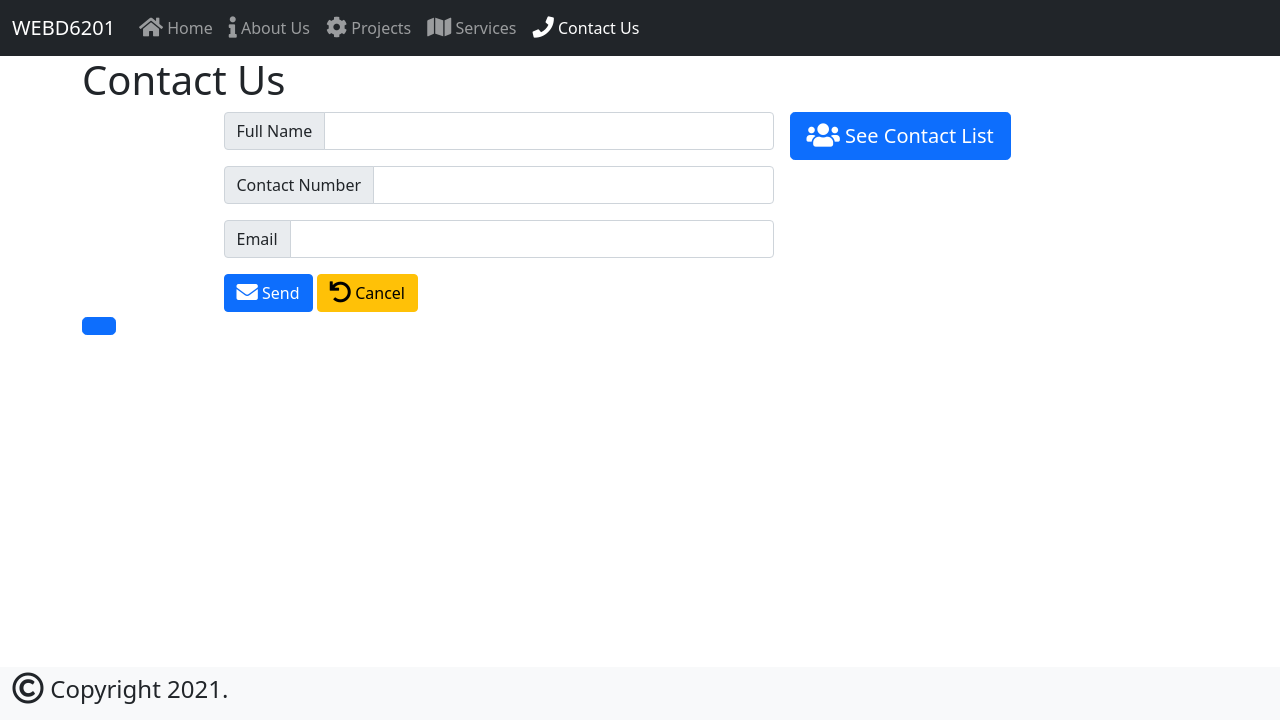
Repository: Sub4Sub/Ice-2
Page: contact.html
An editor plug-in stored every save of this project. The page is shown before and after the next save, followed by the edit.
The browser window is 1280 px wide. The pictures show the whole page.

Above is the page before, as saved 2021-01-29 17:09:47.

### contact.html
<!DOCTYPE html>
<html lang="en">
<head>
    <meta charset="UTF-8">
    <meta name="viewport" content="width=device-width, initial-scale=1.0">
    <title>Contact</title>
    <!-- CSS Section -->
    <link rel="stylesheet" href="./node_modules/bootstrap/dist/css/bootstrap.min.css">
    <link rel="stylesheet" href="./node_modules/@fortawesome/fontawesome-free/css/all.min.css">
    <link rel="stylesheet" href="./Content/app.css">
</head>
<body>
    <!-- Main Header -->
    <header>
        <!-- Main Navigation -->
        <nav class="navbar navbar-expand-lg navbar-dark bg-dark">
            <div class="container-fluid">
              <a class="navbar-brand" href="index.html">WEBD6201</a>
              <button class="navbar-toggler" type="button" data-bs-toggle="collapse" data-bs-target="#navbarSupportedContent" aria-controls="navbarSupportedContent" aria-expanded="false" aria-label="Toggle navigation">
                <span class="navbar-toggler-icon"></span>
              </button>
              <div class="collapse navbar-collapse" id="navbarSupportedContent">
                <ul class="navbar-nav me-auto mb-2 mb-lg-0">
                  <li class="nav-item">
                    <a class="nav-link" aria-current="page" href="index.html"><i class="fas fa-home fa-lg"></i> Home</a>
                  </li>

                  <li class="nav-item">
                    <a class="nav-link" aria-current="page" href="about.html"><i class="fas fa-info fa-lg"></i> About Us</a>
                  </li>

                  <li class="nav-item">
                    <a class="nav-link" aria-current="page" href="projects.html"><i class="fas fa-cog fa-lg"></i> Projects</a>
                  </li>

                  <li class="nav-item">
                    <a class="nav-link" aria-current="page" href="services.html"><i class="fas fa-map fa-lg"></i> Services</a>
                  </li>

                  <li class="nav-item">
                    <a class="nav-link active" aria-current="page" href="contact.html"><i class="fas fa-phone fa-lg"></i> Contact Us</a>
                  </li>
                </ul>
              </div>
            </div>
          </nav>
    </header>

    <!-- Main Content -->
    <main class="container">
        <h1>Contact Us</h1>
        <div id="messageArea"></div>

        <div class="row justify-content-lg-center g-3">
          <form class="col-lg-6 col-md-10 col-sm-10">

            <div class="input-group mb-3">
              <span class="input-group-text" id="inputGroup-sizing-default">Full Name </span>
              <input id="fullName" type="text" class="form-control" aria-label="Full Name" aria-describedby="Full Name Input"
              name="fullName" required>
            </div>

            <div class="input-group mb-3">
              <span class="input-group-text" id="inputGroup-sizing-default">Contact Number</span>
              <input id="contactNumber" type="tel" class="form-control" aria-label="Contact Number" aria-describedby="Contact Number Input"
              name="contactNumber" required>
            </div>

            <div class="input-group mb-3">
              <span class="input-group-text" id="inputGroup-sizing-default">Email</span>
              <input id="emailAddress" type="email" class="form-control" aria-label="Email Address" aria-describedby="Email Address Input"
              name="emailAddress" required>
            </div>

            <button id="sendButton" type="submit" class="btn btn-primary"><i class="fas fa-envelope fa-lg"></i> Send</button>
            <button id="cancelButton" type="reset" class="btn btn-warning"><i class="fas fa-undo fa-lg"></i> Cancel</button>
          </form>
          <div class="col-lg-3 col-md-3"><a href="contact-list.html" class="btn btn-primary btn-lg"><i class="fas fa-users fa-lg"></i> See Contact List</a></div>
        </div>

        <div>
          <button class ="btn btn-primary btn-lg"></button>
        </div>

    </main>

    <!-- Main Footer -->
    <footer>
        <nav class="navbar fixed-bottom navbar-light bg-light">
            <div class="container-fluid">
              <h4><i class="far fa-copyright fa-lg"></i> Copyright 2021.</h4>
            </div>
          </nav>
    </footer>

    <!-- Script Section-->
    <script src="./node_modules/jquery/dist/jquery.min.js"></script>
    <script src="./node_modules/bootstrap/dist/js/bootstrap.bundle.min.js"></script>

    <script src="./Scripts/contact.js"></script>
    <script src="./Scripts/app.js"></script>
</body>
</html>

### Scripts/contact.js
class Contact{
    // Constructor
    constructor(fullName, contactNumber, emailAddress)
    {
      this.m_fullName = fullName;
      this.m_contactNumber= contactNumber;
      this.m_emailAddress = emailAddress;
    }

    // Getters and Setters
    get fullName()
    {
      return this.m_fullName;
    }

    set fullName(full_name)
    {
      this.m_fullName = full_name;
    }

    get contactNumber()
    {
      return this.m_contactNumber;
    }

    set contactNumber(contact_number)
    {
      this.m_contactNumber = contact_number;
    }

    get emailAddress()
    {
      return this.m_emailAddress;
    }

    set emailAddress(email_address)
    {
      this.m_emailAddress = email_address;
    }

   // functions
  splitFullName()
  {
    let names = this.fullName.split(" ")
    this.firstName = names[0];
    this.lastName = names[1];
  }

  toString()
  {
    let contactString = `Full Name: ${this.fullName}\nContact Number: ${this.contactNumber}\nEmail Address: ${this.emailAddress}`;

    return contactString;
  }

  toJSON()
  {
    let json = {};
    json.contactNumber = this.contactNumber;
    json.fullName = this.fullName;
    json.emailAddress = this.emailAddress;

    return
  }

  serialize()
  {
    return `${this.fullName},${this.contactNumber},${this.emailAddress}`;
  }

  deserialize()
  {
    let properties = data.split(",");
    this.fullName = properties[0];
    this.contactNumber = properties[1];
    this.emailAddress = properties[2];
  }

}

### Scripts/app.js
/* custom JavaScript goes here */

//IIFE - Immediately Invoked Function Expression
//AKA - Anonymous Self-Executing Function
//Closure - limits scope leak

"use strict";


(function()
{
    function displayHome()
    {
        let paragraphOneText =
          "This is a simple site to demonstrate DOM Manipulation for ICE 1";

        let paragraphOneElement = document.getElementById("paragraphOne");

        paragraphOneElement.textContent = paragraphOneText;
        paragraphOneElement.className = "fs-5";

        // Step 1. document.createElement
        let newParagraph = document.createElement("p");
        // Step 2. configure the element
        newParagraph.setAttribute("id", "paragraphTwo");
        newParagraph.textContent = "...And this is paragraph two";
        // Step 3. select the parent element
        let mainContent = document.getElementsByTagName("main")[0];
        // Step 4. Add / Insert the element
        mainContent.appendChild(newParagraph);

        newParagraph.className = "fs-6";

        // another way of injecting content
        let paragraphDiv = document.createElement("div");
        let paragraphThree = `<p id="paragraphThree" class="fs-7 fw-bold">And this is the Third Paragraph</p>`;
        paragraphDiv.innerHTML = paragraphThree;

        // insertions

        // example of inserting before a node
        //newParagraph.before(paragraphDiv);

        // example of inserting after a node
        newParagraph.after(paragraphDiv);

        // deletions

        // example of removing a single element
        //paragraphOneElement.remove();

        // example of removeChild
        mainContent.removeChild(paragraphOneElement);

        // update / modification
        //mainContent.firstElementChild.textContent = "Welcome Home!";

        mainContent.innerHTML = `<h1 id="firstHeading">Welcome to WEBD6201 - Lab 1</h1>
         <p id="paragraphOne" class="fs-3 fw-bold">This is my first Paragraph</p>
        `;

    }

    function displayAbout()
    {

    }

    function displayProjects()
    {

    }

    function displayServices()
    {

    }

    function displayContact()
    {
        let messageArea = document.getElementById("messageArea");
        messageArea.hidden = true;

        // form validation
        let fullName = document.getElementById("fullName");
        fullName.addEventListener("blur", function() {
            if(fullName.value.length < 2)
            {
                fullName.focus();
                fullName.select();
                messageArea.hidden = false;
                messageArea.className = "alert alert-danger";
                messageArea.textContent = "Please enter an appropriate Name";
            }
            else
            {
                messageArea.removeAttribute("class");
                messageArea.hidden = true;
            }
        });

        let sendButton = document.getElementById("sendButton");
        sendButton.addEventListener("click", function(event){
            event.preventDefault();

            let contact = new Contact(fullName.value, contactNumber.value, emailAddress.value);

            console.log(contact.toJSON());

            localStorage.setItem(localStorage.length.toString(), contact);
        });
    }

    function displayContactList()
    {

    }

    function Start()
    {
        console.log("App Started...");

        switch (document.title)
        {
          case "Home":
              displayHome();
            break;
          case "About":
              displayAbout();
            break;
          case "Projects":
              displayProjects();
            break;
          case "Services":
              displayServices();
            break;
          case "Contact":
              displayContact();
            break;
          case "Contact-List":
              displayContactList();
            break;
        }

    }

    window.addEventListener("load", Start);

})();

Loaded but not shown: node_modules/bootstrap/dist/css/bootstrap.min.css (library); node_modules/@fortawesome/fontawesome-free/css/all.min.css (library); Content/app.css (common file); node_modules/jquery/dist/jquery.min.js (library); node_modules/bootstrap/dist/js/bootstrap.bundle.min.js (library)

After the next save:
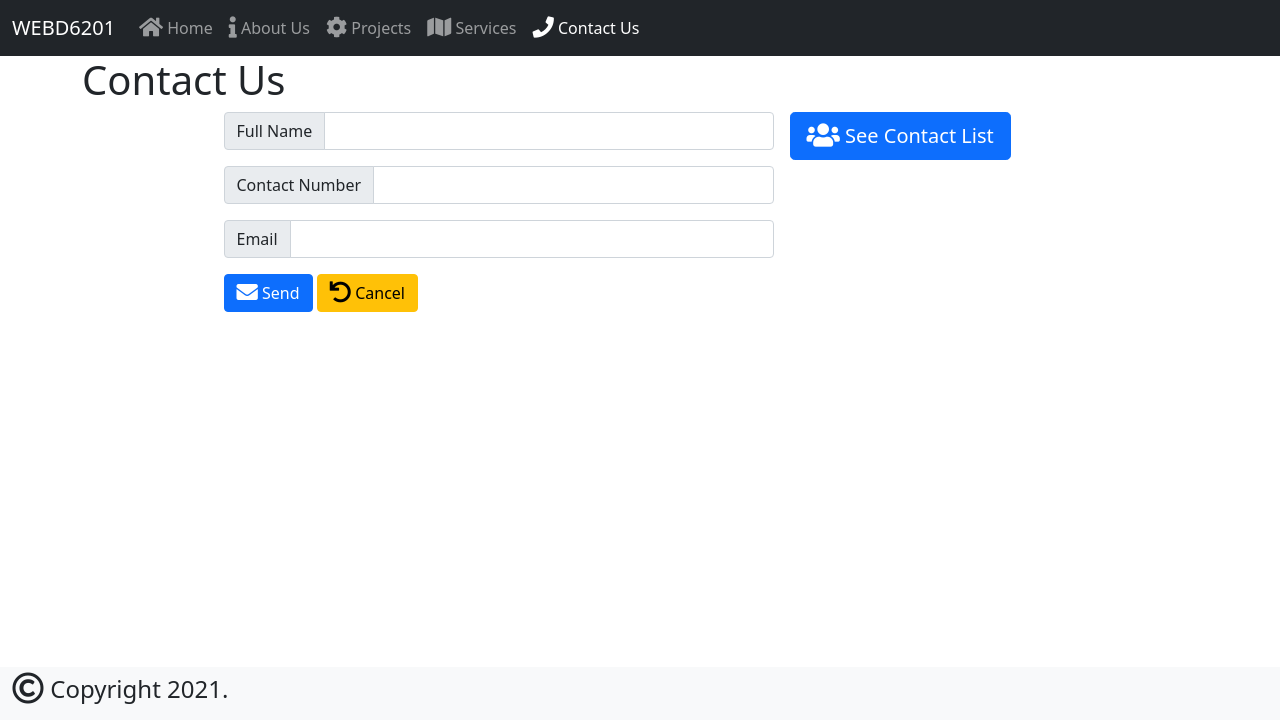
Saved 31 s later.
--- a/contact.html
+++ b/contact.html
@@ -78,10 +78,6 @@
           <div class="col-lg-3 col-md-3"><a href="contact-list.html" class="btn btn-primary btn-lg"><i class="fas fa-users fa-lg"></i> See Contact List</a></div>
         </div>
 
-        <div>
-          <button class ="btn btn-primary btn-lg"></button>
-        </div>
-
     </main>
 
     <!-- Main Footer -->
